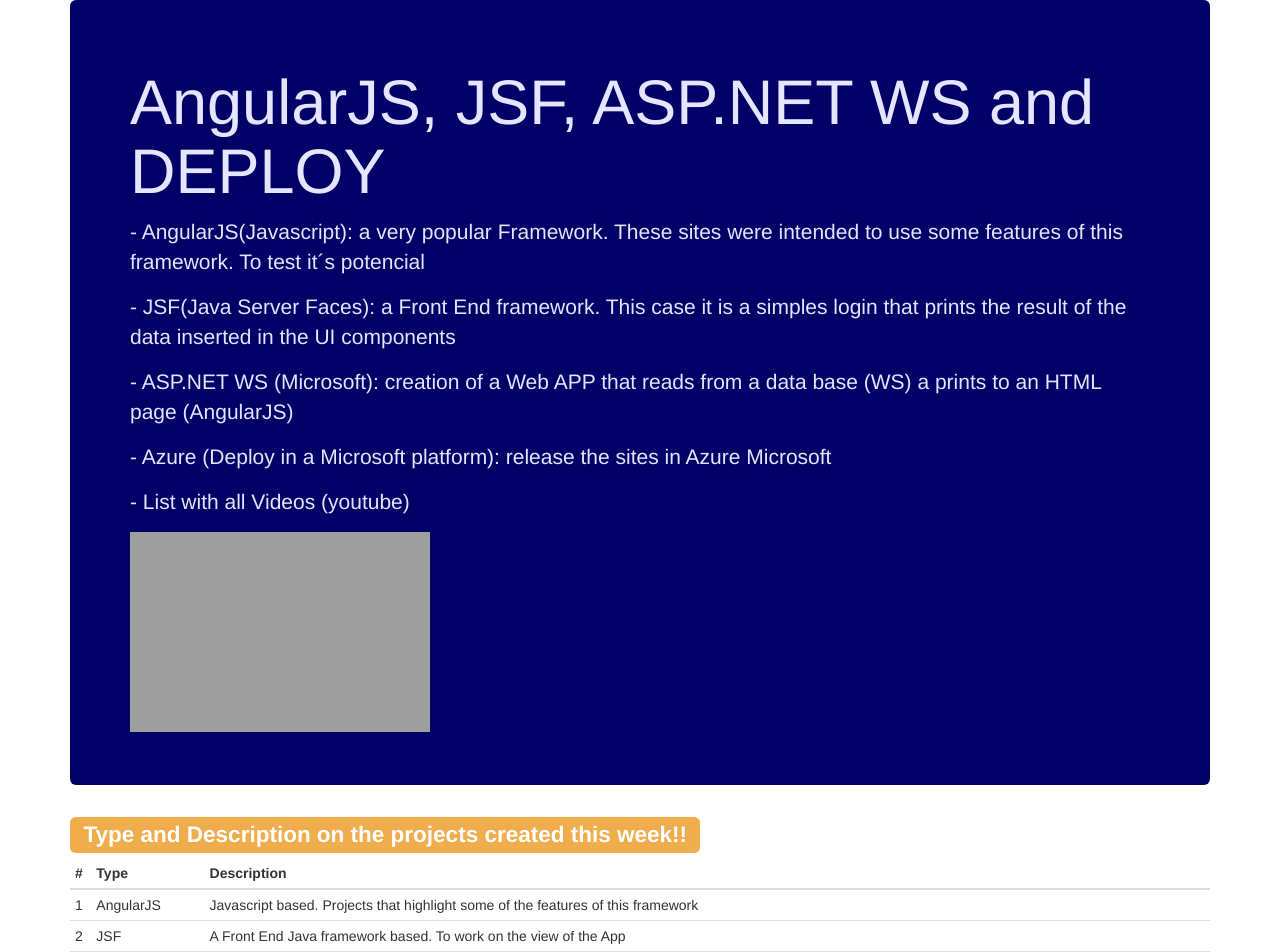
Repository: atafs/Deploy_GoogleAppEngine_webAPPS
Page: Project_002_Deploy_americotomasLIB/war/index.html
The author's editor kept a copy of each file at every save. The page is drawn from the files as they stood at one save, then again after the next save.
The browser window is 1280 px wide. The pictures show the part of the page from y = 0 to 952 px (the page is 2614 px tall).
Pictures or frames that could not be fetched are drawn as grey boxes.

Above is the page before, as saved 2016-02-04 17:03:00.
Console error (its wording comes from the project's code and is left out).

### Project_002_Deploy_americotomasLIB/war/index.html
<!DOCTYPE html>
<html lang="en">
<head>
<meta charset="utf-8">
<meta http-equiv="X-UA-Compatible" content="IE=edge">
<meta name="viewport" content="width=device-width, initial-scale=1">
<!-- The above 3 meta tags *must* come first in the head; any other head content must come *after* these tags -->
<meta name="description" content="">
<meta name="author" content="">
<link rel="icon" href="../../favicon.ico">

<title>AmericoTomas Proj</title>

</head>
<body role="document">
	<div class="container theme-showcase" role="main">
		<!-- Main jumbotron for a primary marketing message or call to action -->
		<div style="background-color: #000066; color: #e5e5ff" class="jumbotron">
			<h1>AngularJS, JSF, ASP.NET WS and DEPLOY</h1>
			<p>- AngularJS(Javascript): a very popular Framework. These sites were intended to use some features of this framework. To test it´s potencial</p>
			<p>- JSF(Java Server Faces): a Front End framework. This case it is a simples login that prints the result of the data inserted in the UI components</p>
			<p>- ASP.NET WS (Microsoft): creation of a Web APP that reads from a data base (WS) a prints to an HTML page (AngularJS)</p>
			<p>- Azure (Deploy in a Microsoft platform): release the sites in Azure Microsoft </p>

			<p>- List with all Videos (youtube)</p>
			<iframe width="300" height="200" src="https://www.youtube.com/embed/videoseries?list=PLBaNeIDelX0LWugK_EMfT9q_S85-bH_qY" frameborder="0" allowfullscreen></iframe>
		</div>
		<h2>
			<span class="label label-warning">Type and Description on the
				projects created this week!!</span>
		</h2>
		<div class="row-md-6">
			<table class="table table-condensed">
				<thead>
					<tr>
						<th>#</th>
						<th>Type</th>
						<th>Description</th>
					</tr>
				</thead>
				<tbody>
					<tr>
						<td>1</td>
						<td>AngularJS</td>
						<td>Javascript based. Projects that highlight some of the features of this framework </td>
					</tr>
					<tr>
						<td>2</td>
						<td>JSF</td>
						<td>A Front End Java framework based. To work on the view of the App</td>
					</tr>
					<tr>
						<td>3</td>
						<td>ASP.NET WS</td>
						<td>Another Web App. In this case, using a different IDE (visualStudio). SQL Server to store the data and a WS to retrieve it automatically. </td>
					</tr>
					<tr>
						<td>4</td>
						<td>Azure</td>
						<td>Testing the abilities of deployment of Microsoft through Azure</td>
					</tr>
				</tbody>
			</table>
		</div>
		<div class="row"></div>
		<!-- /.col-sm-4 -->
		<div class="row-sm-4"  style="text-align: center">
			<div class="panel panel-info">
				<div class="panel-heading">
					<h3 class="panel-title">1- AngularJS</h3>
				</div>
				<div class="panel-body">
					<h2>
						<span class="label label-primary" style="color: white;">FrontEnd_JS_Angular - Proj01-14</span>
					</h2>
					<iframe width="560" height="315" src="https://www.youtube.com/embed/Ko11xbZfoR0?list=PLBaNeIDelX0LWugK_EMfT9q_S85-bH_qY" frameborder="0" allowfullscreen></iframe>
			</div>

			<div class="panel panel-info">
				<div class="panel-heading">
					<h3 class="panel-title">2- Java Server Faces</h3>
				</div>
				<div class="panel-body">
					<div>
						<h2>
							<span class="label label-primary" style="color: white;">FrontEnd_Java_JSF - Proj01-02</span>
						</h2>
						<iframe width="560" height="315" src="https://www.youtube.com/embed/knD61DM7_cI?list=PLBaNeIDelX0LWugK_EMfT9q_S85-bH_qY" frameborder="0" allowfullscreen></iframe>
					</div>
				</div>
			</div>
			<div class="panel panel-info">
				<div class="panel-heading">
					<h3 class="panel-title">ASP.NET WS</h3>
				</div>
				<div class="panel-body">
					<h2>
						<span class="label label-primary" style="color: white;">BackEnd_C-Sharp_ASP_NET_WS_AngularJS - Proj01-02</span>
					</h2>
					<iframe width="560" height="315" src="https://www.youtube.com/embed/n4GIGLrWXkw?list=PLBaNeIDelX0LWugK_EMfT9q_S85-bH_qY" frameborder="0" allowfullscreen></iframe>
				</div>
			</div>
			<div class="panel panel-info">
				<div class="panel-heading">
					<h3 class="panel-title">4- Sites of these APPS</h3>
				</div>
				<div class="panel-body">
					<div>
						<p>Build and Deploy:</p>
						<a href="https://3-dot-project001deploybootstrapsite.appspot.com/">Version 03</a> <br/>
						<a href="https://1-dot-project001deploybootstrapsite.appspot.com/">Version 01</a> <br/>
					</div>
				</div>
			</div>
		</div>
	</div>
	<!-- /container -->

	<!-- Latest compiled and minified CSS -->
	<link rel="stylesheet"
		href="https://maxcdn.bootstrapcdn.com/bootstrap/3.3.6/css/bootstrap.min.css"
		integrity="sha384-1q8mTJOASx8j1Au+a5WDVnPi2lkFfwwEAa8hDDdjZlpLegxhjVME1fgjWPGmkzs7"
		crossorigin="anonymous">

	<!-- Optional theme -->
	<link rel="stylesheet"
		href="https://maxcdn.bootstrapcdn.com/bootstrap/3.3.6/css/bootstrap-theme.min.css"
		integrity="sha384-fLW2N01lMqjakBkx3l/M9EahuwpSfeNvV63J5ezn3uZzapT0u7EYsXMjQV+0En5r"
		crossorigin="anonymous">

	<!-- Latest compiled and minified JavaScript -->
	<script
		src="https://maxcdn.bootstrapcdn.com/bootstrap/3.3.6/js/bootstrap.min.js"
		integrity="sha384-0mSbJDEHialfmuBBQP6A4Qrprq5OVfW37PRR3j5ELqxss1yVqOtnepnHVP9aJ7xS"
		crossorigin="anonymous"></script>
</body>
</html>

After the next save:
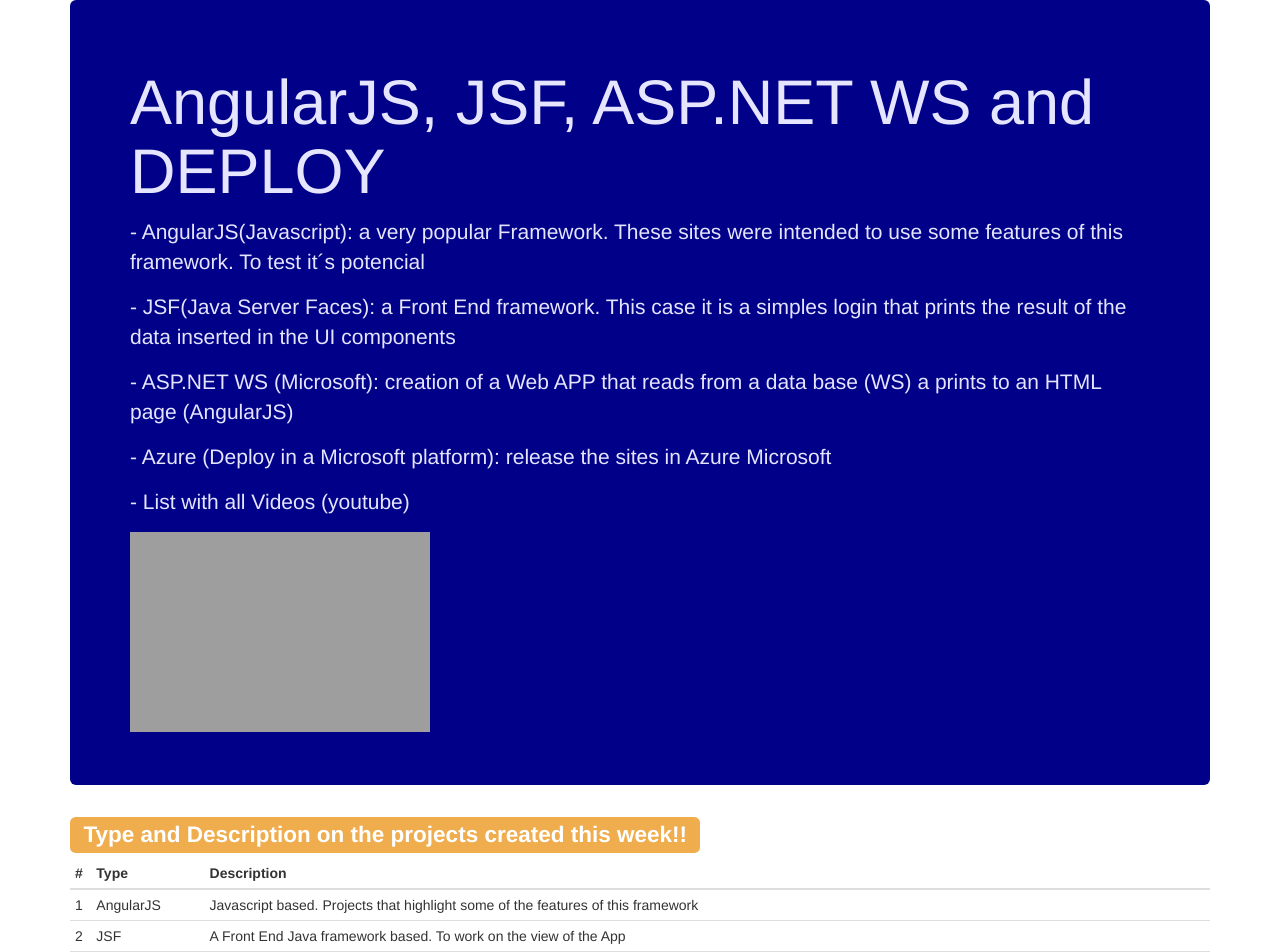
Saved 2 min 56 s later.
--- a/Project_002_Deploy_americotomasLIB/war/index.html
+++ b/Project_002_Deploy_americotomasLIB/war/index.html
@@ -15,7 +15,7 @@
 <body role="document">
 	<div class="container theme-showcase" role="main">
 		<!-- Main jumbotron for a primary marketing message or call to action -->
-		<div style="background-color: #000066; color: #e5e5ff" class="jumbotron">
+		<div style="background-color: #000088; color: #e5e5ff" class="jumbotron">
 			<h1>AngularJS, JSF, ASP.NET WS and DEPLOY</h1>
 			<p>- AngularJS(Javascript): a very popular Framework. These sites were intended to use some features of this framework. To test it´s potencial</p>
 			<p>- JSF(Java Server Faces): a Front End framework. This case it is a simples login that prints the result of the data inserted in the UI components</p>
